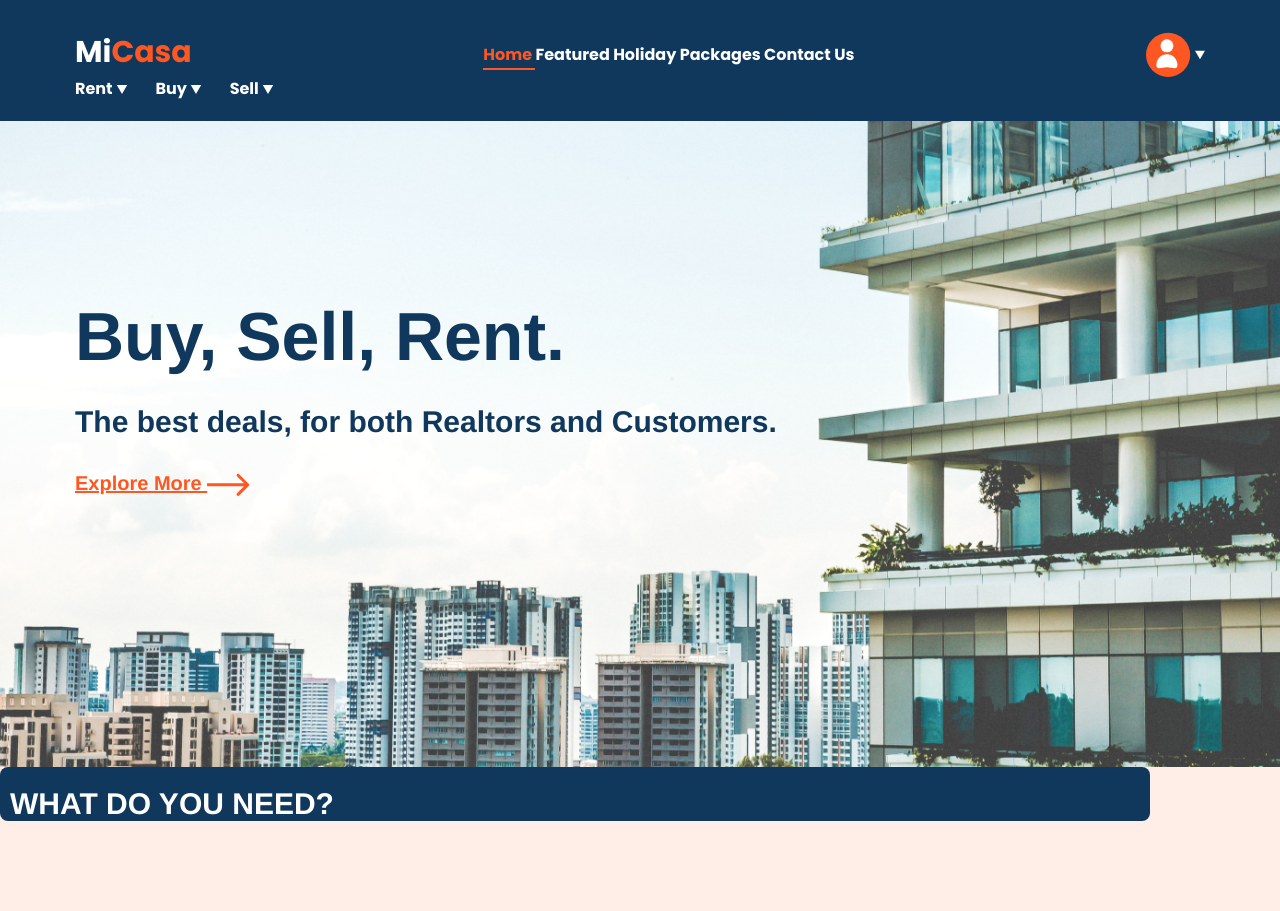
Repository: BenUnyolo/micasa-frontend
Page: index.html
An editor plug-in stored every save of this project. The page is shown before and after the next save, followed by the edit.
The browser window is 1280 px wide. The pictures show the whole page.

Above is the page before, as saved 2021-10-15 20:52:45.

### index.html
<!DOCTYPE html>
<html lang="en">
  <head>
    <meta charset="UTF-8" />
    <meta http-equiv="X-UA-Compatible" content="IE=edge" />
    <meta name="viewport" content="width=device-width, initial-scale=1.0" />
    <title>Document</title>
    <link rel="stylesheet" href="tailwind.css" />
  </head>
  <body>
    <!-- HEADER -->
    <header class="pt-8 pb-5 text-white bg-primary-600">
      <div class="inner-container">
        <!-- top row -->
        <div class="flex flex-row justify-between">
          <a
            href="/"
            class="inline-block text-3xl font-bold leading-10 font-poppins"
          >
            Mi<span class="text-secondary-600">Casa</span>
          </a>
          <nav class="flex items-center inline-block">
            <ul class="font-bold li-inline space-x-14 font-poppins">
              <li
                class="
                  text-secondary-600
                  border-b-2
                  pb-0.5
                  border-secondary-600
                "
              >
                <a href="/">Home</a>
              </li>
              <li><a href="#">Featured</a></li>
              <li><a href="#">Holiday Packages</a></li>
              <li><a href="#">Contact Us</a></li>
            </ul>
          </nav>
          <div class="flex flex-row items-center">
            <img src="assets/images/user_avatar.svg" alt="user avatar" />
            <svg
              width="14"
              height="12"
              viewBox="0 0 14 12"
              fill="none"
              xmlns="http://www.w3.org/2000/svg"
              class="pl-1"
            >
              <title>profile dropdown</title>
              <path d="M7 12L0.0717964 0H13.9282L7 12Z" fill="white" />
            </svg>
          </div>
        </div>
        <!-- bottom row -->
        <div>
          <ul class="space-x-6 font-bold li-inline font-poppins">
            <li>
              Rent
              <svg
                width="12"
                height="9"
                viewBox="0 0 12 9"
                fill="none"
                xmlns="http://www.w3.org/2000/svg"
                class="inline-block"
              >
                <path d="M6 9L0.803848 0H11.1962L6 9Z" fill="white" />
              </svg>
            </li>
            <li>
              Buy
              <svg
                width="12"
                height="9"
                viewBox="0 0 12 9"
                fill="none"
                xmlns="http://www.w3.org/2000/svg"
                class="inline-block"
              >
                <path d="M6 9L0.803848 0H11.1962L6 9Z" fill="white" />
              </svg>
            </li>
            <li>
              Sell
              <svg
                width="12"
                height="9"
                viewBox="0 0 12 9"
                fill="none"
                xmlns="http://www.w3.org/2000/svg"
                class="inline-block"
              >
                <path d="M6 9L0.803848 0H11.1962L6 9Z" fill="white" />
              </svg>
            </li>
          </ul>
        </div>
      </div>
    </header>
    <!-- HERO -->
    <div class="hero">
      <div class="flex inner-container">
        <div class="w-6/12">
          <h1 class="text-primary-600">Buy, Sell, Rent.</h1>
          <h2 class="mt-7.5 text-primary-600">
            The best deals, for both Realtors and Customers.
          </h2>
          <a
            href="#"
            class="
              inline-block
              mt-7.5
              text-secondary-600
              font-helvetica font-bold
              text-xl
              underline
            "
            >Explore More
            <svg
              width="43"
              height="23"
              viewBox="0 0 43 23"
              fill="none"
              xmlns="http://www.w3.org/2000/svg"
              class="inline-block"
            >
              <path
                d="M41.6936 12.9142C42.2794 12.3284 42.2794 11.3786 41.6936 10.7929L32.1477 1.24691C31.5619 0.661127 30.6122 0.661127 30.0264 1.24691C29.4406 1.8327 29.4406 2.78245 30.0264 3.36823L38.5117 11.8535L30.0264 20.3388C29.4406 20.9246 29.4406 21.8743 30.0264 22.4601C30.6122 23.0459 31.5619 23.0459 32.1477 22.4601L41.6936 12.9142ZM0.0714722 13.3535H40.633V10.3535H0.0714722V13.3535Z"
                fill="#FF5722"
              />
            </svg>
          </a>
        </div>
      </div>
    </div>
    <!-- SEARCH -->
    <div class="relative">
      <div
        class="absolute left-0 right-0 w-full pt-5 text-white rounded-lg  px-28 bg-primary-600 absolute-center inner-container"
      >
        <h2 class="uppercase">What do you need?</h2>
      </div>
      <div class="bg-secondary-600 bg-opacity-10 pt-28">
        something
        <br />
        <br />
        <br />
        <br />
        <br />
        <br />
      </div>
    </div>
  </body>
</html>

Loaded but not shown: tailwind.css (library)

After the next save:
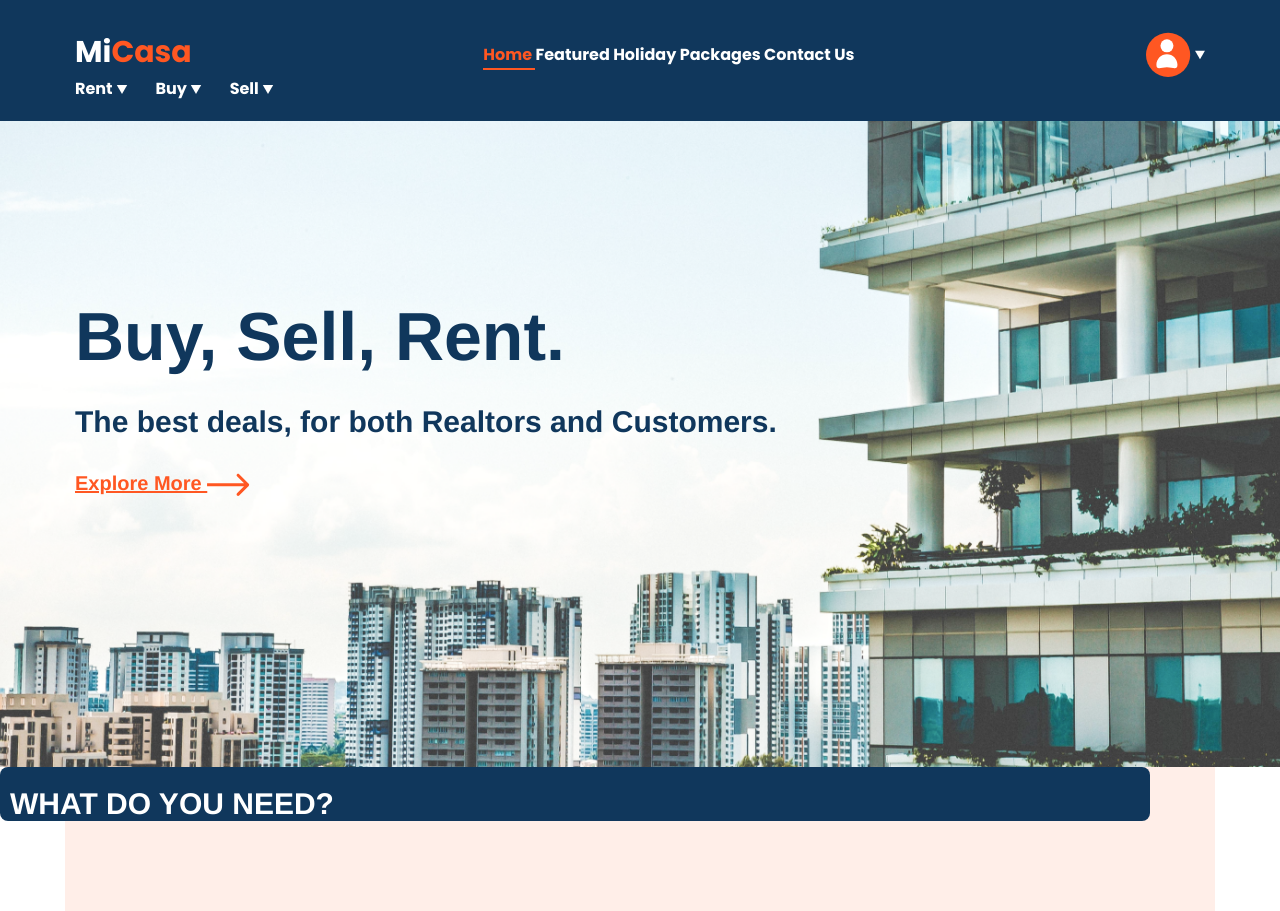
Saved 12 s later.
--- a/index.html
+++ b/index.html
@@ -140,7 +140,7 @@
       >
         <h2 class="uppercase">What do you need?</h2>
       </div>
-      <div class="bg-secondary-600 bg-opacity-10 pt-28">
+      <div class="bg-secondary-600 bg-opacity-10 pt-28 inner-container">
         something
         <br />
         <br />

After the save that followed:
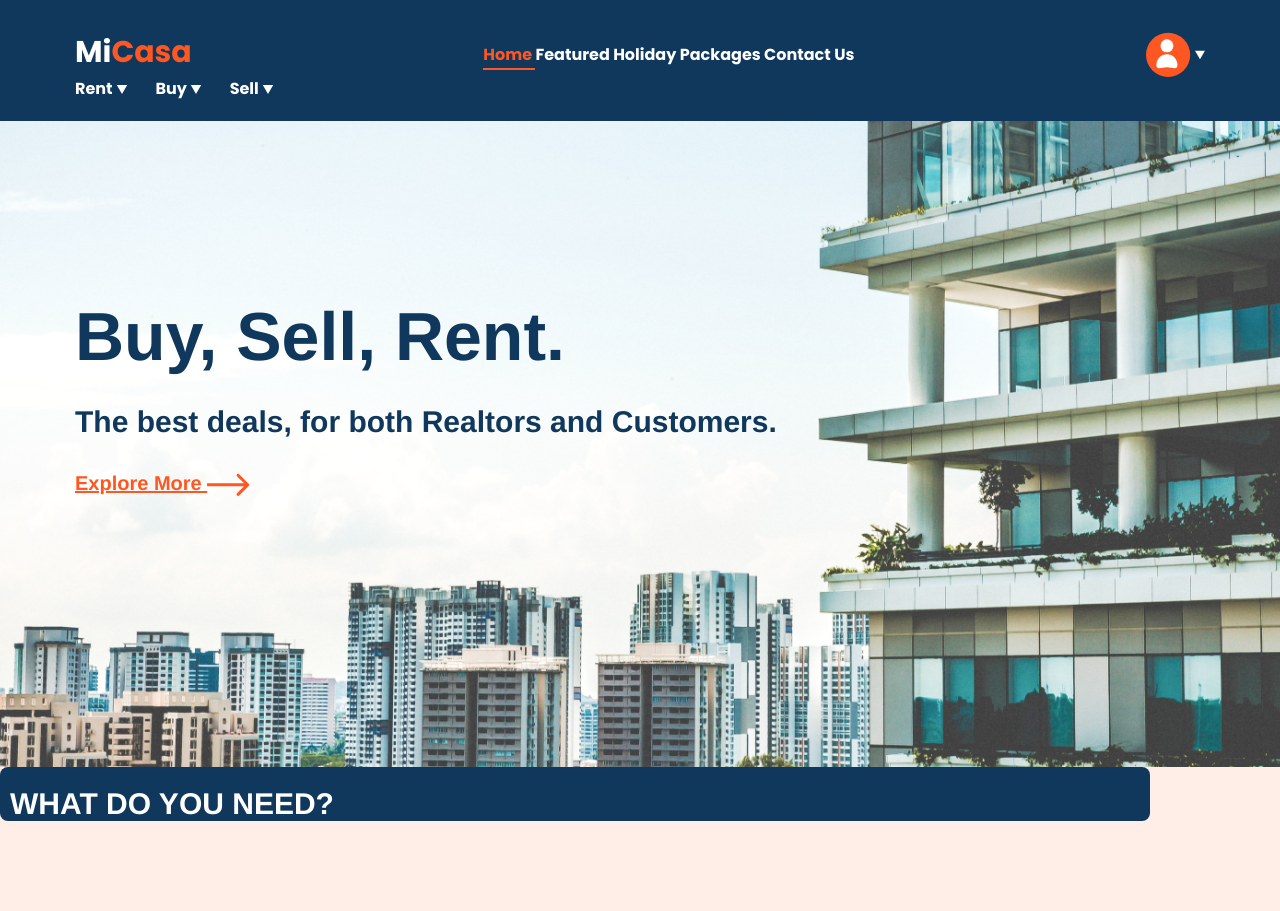
Saved 23 s later.
--- a/index.html
+++ b/index.html
@@ -140,14 +140,16 @@
       >
         <h2 class="uppercase">What do you need?</h2>
       </div>
-      <div class="bg-secondary-600 bg-opacity-10 pt-28 inner-container">
-        something
-        <br />
-        <br />
-        <br />
-        <br />
-        <br />
-        <br />
+      <div class="bg-secondary-600 bg-opacity-10 pt-28">
+        <div class="inner-container">
+          something
+          <br />
+          <br />
+          <br />
+          <br />
+          <br />
+          <br />
+        </div>
       </div>
     </div>
   </body>
